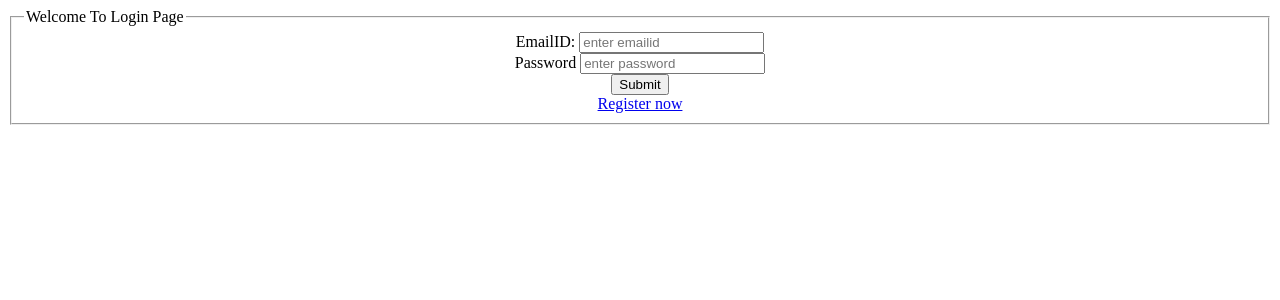
Repository: Tharungandhi/ServeltProject
Page: ServletJDBCApp/WebContent/login.html
An editor plug-in stored every save of this project. The page is shown before and after the next save, followed by the edit.
The browser window is 1280 px wide. The pictures show the whole page.

Above is the page before, as saved 2019-01-23 13:05:39.

### ServletJDBCApp/WebContent/login.html
<!DOCTYPE html>
<html>
<head>
<meta charset="UTF-8">
<title>Login Page</title>
</head>
<body>
<form action="login" method="post">

<fieldset>
<legend>Welcome To Login Page</legend>
<div align="center">
<div>
<label>EmailID:</label>
<input type="email" name="emailid"  placeholder="enter emailid" value="" required/> </div>
<div>
<label>Password</label>
<input type="password" name="password"  placeholder="enter password" value="" required/> </div>
<input type="submit" name="submit"/>
<div>
<a href=registration.html> Register now </a> </div>
</div>
</fieldset>
</form>
</body>
</html>

After the next save:
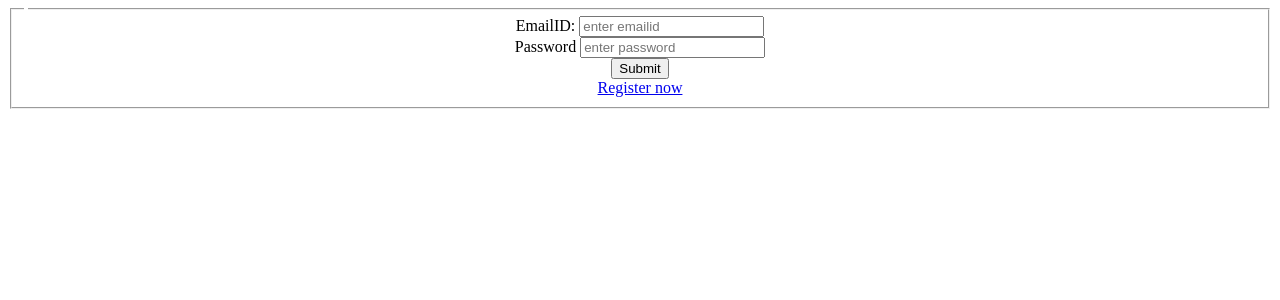
Saved 2 min 1 s later.
--- a/ServletJDBCApp/WebContent/login.html
+++ b/ServletJDBCApp/WebContent/login.html
@@ -8,7 +8,7 @@
 <form action="login" method="post">
 
 <fieldset>
-<legend>Welcome To Login Page</legend>
+<legend> </legend>
 <div align="center">
 <div>
 <label>EmailID:</label>
